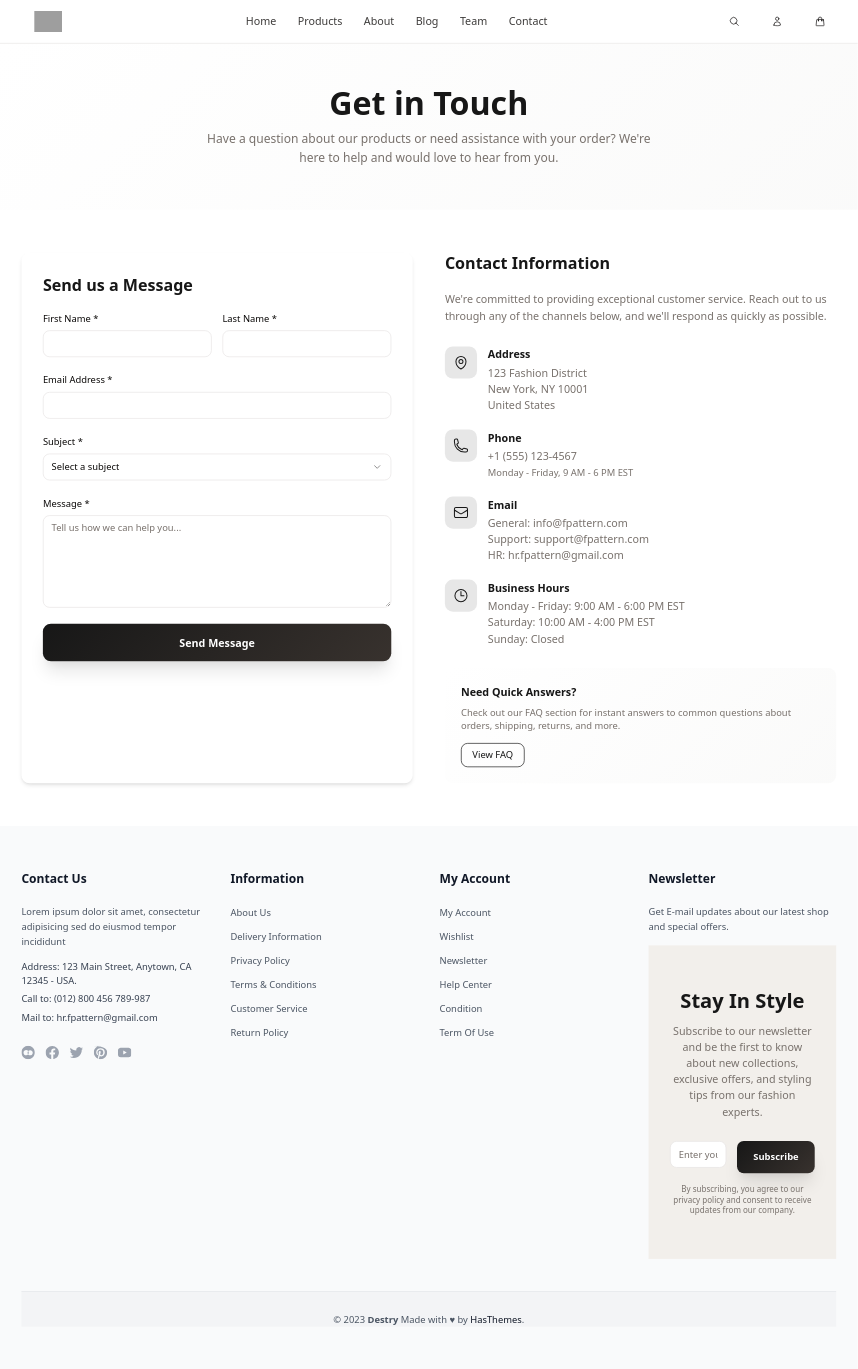
Repository: Fpattern-25/Ecommerce-Cloth-website
Page: /contact
These files come from the project's save history. The page is drawn as it stood at one moment and after the next save; the edit follows.
The browser window is 1280 px wide. The pictures show the whole page, at 67% of full size.
Pictures or frames that could not be fetched are drawn as grey boxes. The project was rebuilt for these pictures with package versions that can differ from the ones it lists, and the page was loaded fresh each time. Also part of the build but not shown: vite.config.ts, src/components/ui/tooltip.tsx, src/components/ui/badge.tsx, src/components/ProductCard.tsx, src/components/ProductGrid.tsx, src/data/products.ts, src/pages/Home.tsx, src/pages/Products.tsx and 27 more.

Above is the page before, as saved 2025-08-06 10:47:42.

### index.html
<!DOCTYPE html>
<html lang="en">
  <head>
    <meta charset="UTF-8" />
    <meta name="viewport" content="width=device-width, initial-scale=1.0" />
    <title>kamblecollection</title>
    <meta name="description" content="Lovable Generated Project" />
    <meta name="author" content="Lovable" />

    <meta property="og:title" content="kamblecollection" />
    <meta property="og:description" content="Lovable Generated Project" />
    <meta property="og:type" content="website" />
    <meta property="og:image" content="/src/assets/favicon.ico" />

    <meta name="twitter:card" content="summary_large_image" />
    <meta name="twitter:site" content="@lovable_dev" />
    <meta name="twitter:image" content="/src/assets/favicon.ico" />
  </head>

  <body>
    <div id="root"></div>
    <script type="module" src="/src/main.tsx"></script>
  </body>
</html>

### src/App.tsx
import { Toaster } from "@/components/ui/toaster";
import { Toaster as Sonner } from "@/components/ui/sonner";
import { TooltipProvider } from "@/components/ui/tooltip";
import { QueryClient, QueryClientProvider } from "@tanstack/react-query";
import { BrowserRouter, Routes, Route } from "react-router-dom";
import { HelmetProvider } from 'react-helmet-async';
import { CartProvider } from "@/contexts/CartContext";
import { Header } from "@/components/layout/Header";
import { Footer } from "@/components/layout/Footer";
import { ScrollToTop } from "@/components/ScrollToTop";

// Pages
import Home from "./pages/Home";
import Products from "./pages/Products";
import ProductDetail from "./pages/ProductDetail";
import Cart from "./pages/Cart";
import Checkout from "./pages/Checkout";
import OrderConfirmation from "./pages/OrderConfirmation";
import About from "./pages/About";
import Contact from "./pages/Contact";
import Blog from "./pages/Blog";
import Team from "./pages/Team";
import Careers from "./pages/Careers";
import Press from "./pages/Press";
import Sustainability from "./pages/Sustainability";
import SizeGuide from "./pages/SizeGuide";
import Shipping from "./pages/Shipping";
import Returns from "./pages/Returns";
import FAQ from "./pages/FAQ";
import Privacy from "./pages/Privacy";
import Terms from "./pages/Terms";
import Cookies from "./pages/Cookies";
import Profile from "./pages/Profile";
import NotFound from "./pages/NotFound";

const queryClient = new QueryClient();

const App = () => (
  <QueryClientProvider client={queryClient}>
    <HelmetProvider>
      <CartProvider>
        <TooltipProvider>
          <Toaster />
          <Sonner />
          <BrowserRouter>
            <div className="flex flex-col min-h-screen">
              <Header />
              <main className="flex-1">
                <Routes>
                  <Route path="/" element={<Home />} />
                  <Route path="/products" element={<Products />} />
                  <Route path="/product/:id" element={<ProductDetail />} />
                  <Route path="/cart" element={<Cart />} />
                  <Route path="/checkout" element={<Checkout />} />
                  <Route path="/order-confirmation" element={<OrderConfirmation />} />
                  <Route path="/about" element={<About />} />
                  <Route path="/contact" element={<Contact />} />
                  <Route path="/blog" element={<Blog />} />
                  <Route path="/team" element={<Team />} />
                  <Route path="/careers" element={<Careers />} />
                  <Route path="/press" element={<Press />} />
                  <Route path="/sustainability" element={<Sustainability />} />
                  <Route path="/size-guide" element={<SizeGuide />} />
                  <Route path="/shipping" element={<Shipping />} />
                  <Route path="/returns" element={<Returns />} />
                  <Route path="/faq" element={<FAQ />} />
                  <Route path="/privacy" element={<Privacy />} />
                  <Route path="/terms" element={<Terms />} />
                  <Route path="/cookies" element={<Cookies />} />
                  <Route path="/profile" element={<Profile />} />
                  <Route path="*" element={<NotFound />} />
                </Routes>
              </main>
              <Footer />
              <ScrollToTop />
            </div>
          </BrowserRouter>
        </TooltipProvider>
      </CartProvider>
    </HelmetProvider>
  </QueryClientProvider>
);

export default App;

### src/components/ui/toaster.tsx
import { useToast } from "@/hooks/use-toast"
import {
  Toast,
  ToastClose,
  ToastDescription,
  ToastProvider,
  ToastTitle,
  ToastViewport,
} from "@/components/ui/toast"

export function Toaster() {
  const { toasts } = useToast()

  return (
    <ToastProvider>
      {toasts.map(function ({ id, title, description, action, ...props }) {
        return (
          <Toast key={id} {...props}>
            <div className="grid gap-1">
              {title && <ToastTitle>{title}</ToastTitle>}
              {description && (
                <ToastDescription>{description}</ToastDescription>
              )}
            </div>
            {action}
            <ToastClose />
          </Toast>
        )
      })}
      <ToastViewport />
    </ToastProvider>
  )
}

### src/components/ui/sonner.tsx
import { useTheme } from "next-themes"
import { Toaster as Sonner, toast } from "sonner"

type ToasterProps = React.ComponentProps<typeof Sonner>

const Toaster = ({ ...props }: ToasterProps) => {
  const { theme = "system" } = useTheme()

  return (
    <Sonner
      theme={theme as ToasterProps["theme"]}
      className="toaster group"
      toastOptions={{
        classNames: {
          toast:
            "group toast group-[.toaster]:bg-background group-[.toaster]:text-foreground group-[.toaster]:border-border group-[.toaster]:shadow-lg",
          description: "group-[.toast]:text-muted-foreground",
          actionButton:
            "group-[.toast]:bg-primary group-[.toast]:text-primary-foreground",
          cancelButton:
            "group-[.toast]:bg-muted group-[.toast]:text-muted-foreground",
        },
      }}
      {...props}
    />
  )
}

export { Toaster, toast }

### src/components/layout/Header.tsx
import { useState } from 'react';
import { Link, useNavigate } from 'react-router-dom';
import { motion, AnimatePresence } from 'framer-motion';
import { ShoppingBagIcon, MagnifyingGlassIcon, Bars3Icon, XMarkIcon, UserIcon } from '@heroicons/react/24/outline';
import { Button } from '@/components/ui/button';
import { useCart } from '@/contexts/CartContext';
import { cn } from '@/lib/utils';
const navigation = [{
  name: 'Home',
  href: '/'
}, {
  name: 'Products',
  href: '/products'
}, {
  name: 'About',
  href: '/about'
}, {
  name: 'Blog',
  href: '/blog'
}, {
  name: 'Team',
  href: '/team'
}, {
  name: 'Contact',
  href: '/contact'
}];
export function Header() {
  const [isMenuOpen, setIsMenuOpen] = useState(false);
  const {
    itemCount
  } = useCart();
  const navigate = useNavigate();
  return <header className="sticky top-0 z-50 bg-background/95 backdrop-blur supports-[backdrop-filter]:bg-background/60 border-b border-border">
    <div className="container mx-auto px-4 sm:px-6 lg:px-8">
      <div className="flex items-center justify-between h-16">
        {/* Logo */}
        <Link to="/" className="flex items-center space-x-2">
          <img
            src="/src/assets/kamble-collection-250x65.svg"  // <-- Update with your logo path
            alt="Kamble Collection Logo"
            className="h-8 w-20 object-contain"
          />
          {/* <span className="text-2xl font-bold text-brand-primary">Destry</span> */}
        </Link>

        {/* Desktop Navigation */}
        <nav className="hidden md:flex items-center space-x-8">
          {navigation.map(item => <Link key={item.name} to={item.href} className="text-foreground/80 hover:text-brand-primary transition-colors duration-200 font-medium">
            {item.name}
          </Link>)}
        </nav>

        {/* Desktop Actions */}
        <div className="hidden md:flex items-center space-x-4">
          <Button variant="ghost" size="icon" className="relative">
            <MagnifyingGlassIcon className="h-5 w-5" />
          </Button>
          <Button variant="ghost" size="icon" onClick={() => navigate('/profile')}>
            <UserIcon className="h-5 w-5" />
          </Button>
          <Button variant="ghost" size="icon" className="relative" onClick={() => navigate('/cart')}>
            <ShoppingBagIcon className="h-5 w-5" />
            {itemCount > 0 && <span className="absolute -top-1 -right-1 bg-brand-accent text-white text-xs rounded-full h-5 w-5 flex items-center justify-center">
              {itemCount}
            </span>}
          </Button>
        </div>

        {/* Mobile menu button */}
        <div className="md:hidden flex items-center space-x-2">
          <Button variant="ghost" size="icon" className="relative" onClick={() => navigate('/cart')}>
            <ShoppingBagIcon className="h-5 w-5" />
            {itemCount > 0 && <span className="absolute -top-1 -right-1 bg-brand-accent text-white text-xs rounded-full h-5 w-5 flex items-center justify-center">
              {itemCount}
            </span>}
          </Button>
          <Button variant="ghost" size="icon" onClick={() => setIsMenuOpen(!isMenuOpen)}>
            {isMenuOpen ? <XMarkIcon className="h-6 w-6" /> : <Bars3Icon className="h-6 w-6" />}
          </Button>
        </div>
      </div>
    </div>

    {/* Mobile Navigation */}
    <AnimatePresence>
      {isMenuOpen && <motion.div initial={{
        opacity: 0,
        height: 0
      }} animate={{
        opacity: 1,
        height: 'auto'
      }} exit={{
        opacity: 0,
        height: 0
      }} className="md:hidden bg-background border-t border-border">
        <div className="px-4 py-6 space-y-4">
          {navigation.map(item => <Link key={item.name} to={item.href} className="block text-foreground/80 hover:text-brand-primary transition-colors duration-200 font-medium py-2" onClick={() => setIsMenuOpen(false)}>
            {item.name}
          </Link>)}
          <div className="flex items-center space-x-4 pt-4 border-t border-border">
            <Button variant="ghost" size="icon">
              <MagnifyingGlassIcon className="h-5 w-5" />
            </Button>
            <Button variant="ghost" size="icon">
              <UserIcon className="h-5 w-5" />
            </Button>
          </div>
        </div>
      </motion.div>}
    </AnimatePresence>
  </header>;
}

### src/components/ScrollToTop.tsx
import { useState, useEffect } from 'react';
import { motion, AnimatePresence } from 'framer-motion';
import { ArrowUpIcon } from '@heroicons/react/24/outline';
import { Button } from '@/components/ui/button';

export function ScrollToTop() {
  const [isVisible, setIsVisible] = useState(false);

  useEffect(() => {
    const toggleVisibility = () => {
      if (window.pageYOffset > 300) {
        setIsVisible(true);
      } else {
        setIsVisible(false);
      }
    };

    window.addEventListener('scroll', toggleVisibility);
    return () => window.removeEventListener('scroll', toggleVisibility);
  }, []);

  const scrollToTop = () => {
    window.scrollTo({
      top: 0,
      behavior: 'smooth'
    });
  };

  return (
    <AnimatePresence>
      {isVisible && (
        <motion.div
          initial={{ opacity: 0, scale: 0.8 }}
          animate={{ opacity: 1, scale: 1 }}
          exit={{ opacity: 0, scale: 0.8 }}
          className="fixed bottom-6 right-6 z-50"
        >
          <Button
            onClick={scrollToTop}
            size="icon"
            variant="hero"
            className="rounded-full shadow-elegant"
            aria-label="Scroll to top"
          >
            <ArrowUpIcon className="h-5 w-5" />
          </Button>
        </motion.div>
      )}
    </AnimatePresence>
  );
}

### src/components/ui/button.tsx
import * as React from "react"
import { Slot } from "@radix-ui/react-slot"
import { cva, type VariantProps } from "class-variance-authority"

import { cn } from "@/lib/utils"

const buttonVariants = cva(
  "inline-flex items-center justify-center gap-2 whitespace-nowrap rounded-md text-sm font-medium ring-offset-background transition-all duration-300 focus-visible:outline-none focus-visible:ring-2 focus-visible:ring-ring focus-visible:ring-offset-2 disabled:pointer-events-none disabled:opacity-50 [&_svg]:pointer-events-none [&_svg]:size-4 [&_svg]:shrink-0",
  {
    variants: {
      variant: {
        default: "bg-brand-primary text-white hover:bg-brand-primary/90 shadow-elegant hover:shadow-soft",
        destructive:
          "bg-destructive text-destructive-foreground hover:bg-destructive/90",
        outline:
          "border border-brand-primary bg-transparent text-brand-primary hover:bg-brand-primary hover:text-white",
        secondary:
          "bg-brand-secondary text-brand-primary hover:bg-brand-secondary/80",
        ghost: "hover:bg-accent hover:text-accent-foreground",
        link: "text-brand-primary underline-offset-4 hover:underline",
        hero: "bg-gradient-hero text-white hover:scale-105 shadow-elegant hover:shadow-soft font-semibold",
        accent: "bg-brand-accent text-white hover:bg-brand-accent/90 shadow-soft hover:shadow-elegant",
      },
      size: {
        default: "h-12 px-6 py-3",
        sm: "h-9 rounded-md px-4",
        lg: "h-14 rounded-lg px-8 text-base",
        icon: "h-12 w-12",
        hero: "h-16 px-12 py-4 text-lg rounded-lg",
      },
    },
    defaultVariants: {
      variant: "default",
      size: "default",
    },
  }
)

export interface ButtonProps
  extends React.ButtonHTMLAttributes<HTMLButtonElement>,
    VariantProps<typeof buttonVariants> {
  asChild?: boolean
}

const Button = React.forwardRef<HTMLButtonElement, ButtonProps>(
  ({ className, variant, size, asChild = false, ...props }, ref) => {
    const Comp = asChild ? Slot : "button"
    return (
      <Comp
        className={cn(buttonVariants({ variant, size, className }))}
        ref={ref}
        {...props}
      />
    )
  }
)
Button.displayName = "Button"

export { Button, buttonVariants }

### src/components/Newsletter.tsx
import { useState } from 'react';
import { motion } from 'framer-motion';
import { Button } from '@/components/ui/button';
import { Input } from '@/components/ui/input';
import { toast } from '@/hooks/use-toast';

export function Newsletter() {
  const [email, setEmail] = useState('');
  const [isLoading, setIsLoading] = useState(false);

  const handleSubmit = async (e: React.FormEvent) => {
    e.preventDefault();

    if (!email) {
      toast({
        title: "Error",
        description: "Please enter your email address.",
        variant: "destructive"
      });
      return;
    }

    setIsLoading(true);

    try {
      // Using Formspree for newsletter subscription
      const response = await fetch('https://formspree.io/f/your-form-id', {
        method: 'POST',
        headers: {
          'Content-Type': 'application/json',
        },
        body: JSON.stringify({
          email: email,
          _subject: 'Newsletter Subscription',
        }),
      });

      if (response.ok) {
        toast({
          title: "Success!",
          description: "Thank you for subscribing to our newsletter!"
        });
        setEmail('');
      } else {
        throw new Error('Subscription failed');
      }
    } catch (error) {
      // For demo purposes, we'll show success anyway
      toast({
        title: "Success!",
        description: "Thank you for subscribing to our newsletter!"
      });
      setEmail('');
    } finally {
      setIsLoading(false);
    }
  };

  return (
    <section className="bg-brand-secondary/20 py-16">
      <div className="container mx-auto px-4 sm:px-6 lg:px-8">
        <motion.div
          initial={{ opacity: 0, y: 20 }}
          whileInView={{ opacity: 1, y: 0 }}
          viewport={{ once: true }}
          transition={{ duration: 0.6 }}
          className="max-w-2xl mx-auto text-center"
        >
          <h2 className="text-3xl font-bold text-brand-primary mb-4">
            Stay In Style
          </h2>
          <p className="text-muted-foreground mb-8">
            Subscribe to our newsletter and be the first to know about new collections,
            exclusive offers, and styling tips from our fashion experts.
          </p>

          <form onSubmit={handleSubmit} className="flex flex-col sm:flex-row gap-4 max-w-md mx-auto">
            <Input
              type="email"
              placeholder="Enter your email"
              value={email}
              onChange={(e) => setEmail(e.target.value)}
              className="flex-1"
              required
            />
            <Button
              type="submit"
              variant="hero"
              disabled={isLoading}
              className="sm:w-auto"
            >
              {isLoading ? 'Subscribing...' : 'Subscribe'}
            </Button>
          </form>

          <p className="text-xs text-muted-foreground mt-4">
            By subscribing, you agree to our privacy policy and consent to receive updates from our company.
          </p>
        </motion.div>
      </div>
    </section>
  );
}

### src/components/SEO.tsx
import { Helmet } from 'react-helmet-async';
import { SEOProps } from '@/types';

interface SEOComponentProps extends SEOProps {
  children?: React.ReactNode;
}

export function SEO({
  title,
  description,
  keywords,
  image,
  url,
  children
}: SEOComponentProps) {
  const siteTitle = "FPattern - Luxury Fashion Brand";
  const fullTitle = title ? `${title} | ${siteTitle}` : siteTitle;
  const siteUrl = url || window.location.href;
  const ogImage = image || "../src/assets/favicon.ico";

  return (
    <Helmet>
      <title>{fullTitle}</title>
      <meta name="description" content={description} />
      {keywords && <meta name="keywords" content={keywords} />}

      {/* Open Graph */}
      <meta property="og:title" content={fullTitle} />
      <meta property="og:description" content={description} />
      <meta property="og:image" content={ogImage} />
      <meta property="og:url" content={siteUrl} />
      <meta property="og:type" content="website" />

      {/* Twitter */}
      <meta name="twitter:card" content="summary_large_image" />
      <meta name="twitter:title" content={fullTitle} />
      <meta name="twitter:description" content={description} />
      <meta name="twitter:image" content={ogImage} />

      {/* Schema.org for Google */}
      <script type="application/ld+json">
        {JSON.stringify({
          "@context": "https://schema.org",
          "@type": "ClothingStore",
          "name": "FPattern",
          "description": description,
          "url": siteUrl,
          "logo": ogImage,
          "sameAs": [
            "https://www.instagram.com/fpattern",
            "https://www.facebook.com/fpattern",
            "https://www.twitter.com/fpattern"
          ]
        })}
      </script>

      {children}
    </Helmet>
  );
}

### src/components/ui/input.tsx
import * as React from "react"

import { cn } from "@/lib/utils"

const Input = React.forwardRef<HTMLInputElement, React.ComponentProps<"input">>(
  ({ className, type, ...props }, ref) => {
    return (
      <input
        type={type}
        className={cn(
          "flex h-10 w-full rounded-md border border-input bg-background px-3 py-2 text-base ring-offset-background file:border-0 file:bg-transparent file:text-sm file:font-medium file:text-foreground placeholder:text-muted-foreground focus-visible:outline-none focus-visible:ring-2 focus-visible:ring-ring focus-visible:ring-offset-2 disabled:cursor-not-allowed disabled:opacity-50 md:text-sm",
          className
        )}
        ref={ref}
        {...props}
      />
    )
  }
)
Input.displayName = "Input"

export { Input }

### src/components/ui/textarea.tsx
import * as React from "react"

import { cn } from "@/lib/utils"

export interface TextareaProps
  extends React.TextareaHTMLAttributes<HTMLTextAreaElement> {}

const Textarea = React.forwardRef<HTMLTextAreaElement, TextareaProps>(
  ({ className, ...props }, ref) => {
    return (
      <textarea
        className={cn(
          "flex min-h-[80px] w-full rounded-md border border-input bg-background px-3 py-2 text-sm ring-offset-background placeholder:text-muted-foreground focus-visible:outline-none focus-visible:ring-2 focus-visible:ring-ring focus-visible:ring-offset-2 disabled:cursor-not-allowed disabled:opacity-50",
          className
        )}
        ref={ref}
        {...props}
      />
    )
  }
)
Textarea.displayName = "Textarea"

export { Textarea }

Loaded but not shown: src/main.tsx (common file); src/index.css (common file); src/hooks/use-toast.ts (common file); src/lib/utils.ts (common file); tailwind.config.ts (common file); src/pages/Contact.tsx (299 lines, source omitted); src/components/layout/Footer.tsx (180 lines, source omitted); src/components/ui/select.tsx (158 lines, source omitted); src/contexts/CartContext.tsx (189 lines, source omitted); src/components/ui/toast.tsx (127 lines, source omitted)

After the next save:
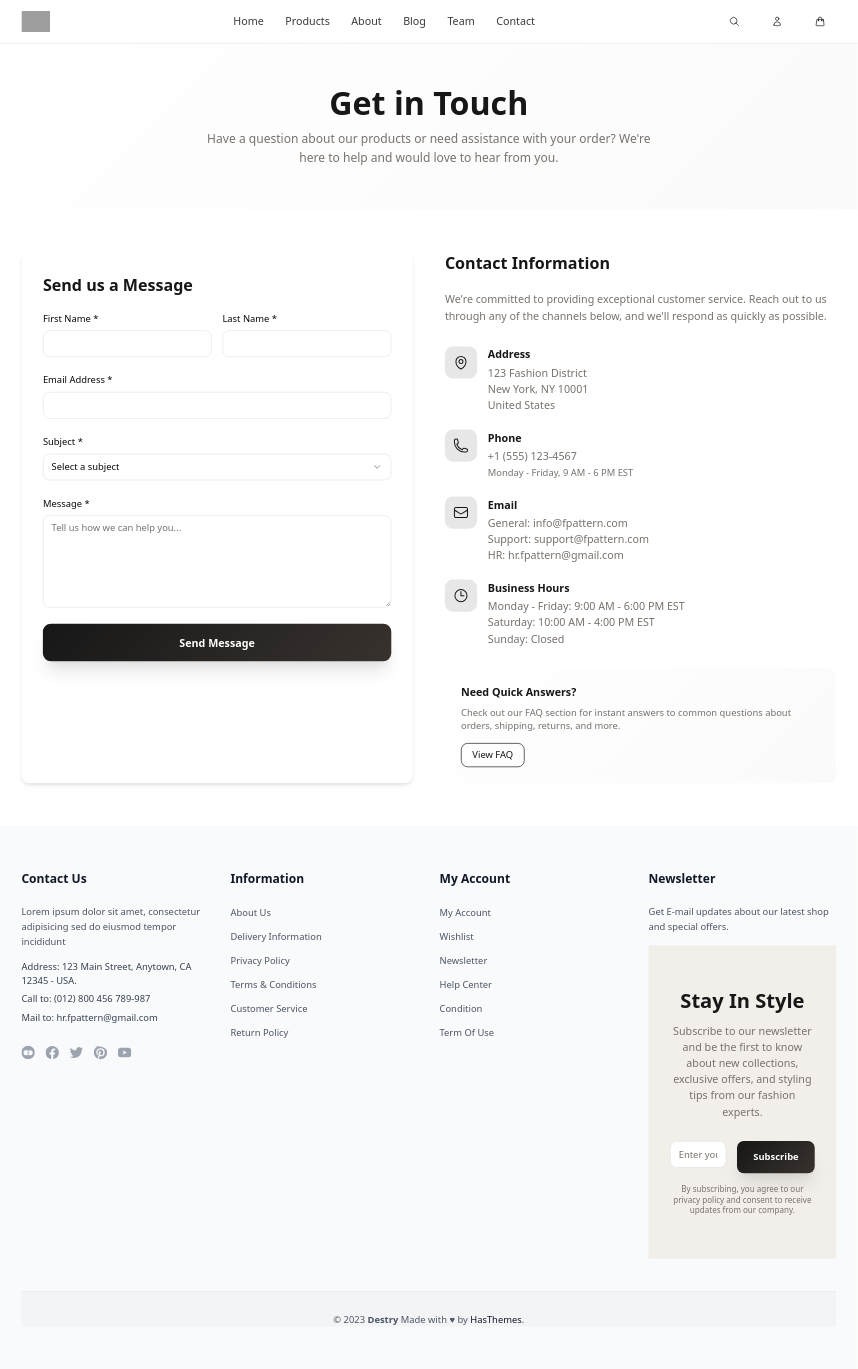
Saved 5 s later.
--- a/src/components/layout/Header.tsx
+++ b/src/components/layout/Header.tsx
@@ -38,7 +38,7 @@ export function Header() {
           <img
             src="/src/assets/kamble-collection-250x65.svg"  // <-- Update with your logo path
             alt="Kamble Collection Logo"
-            className="h-8 w-20 object-contain"
+            className="h-8 w-30 object-contain"
           />
           {/* <span className="text-2xl font-bold text-brand-primary">Destry</span> */}
         </Link>
